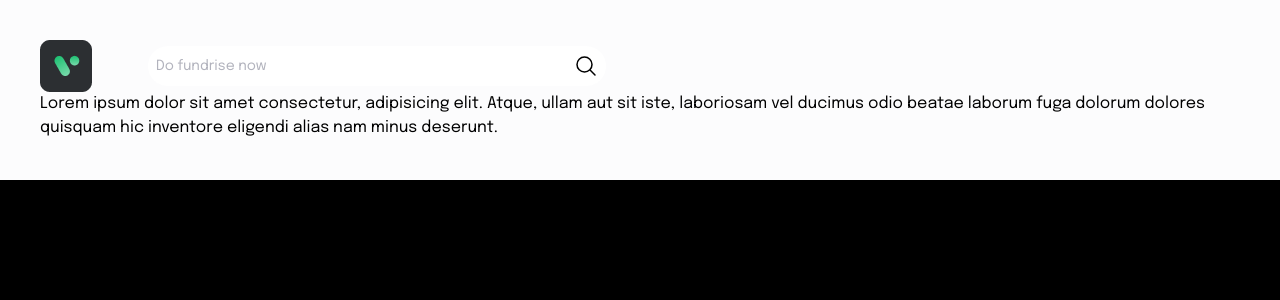
Repository: Kaymileee/crownFunding-Project
Page: /
An editor plug-in stored every save of this project. The page is shown before and after the next save, followed by the edit.
The browser window is 1280 px wide. The pictures show the whole page.
The project was rebuilt for these pictures with package versions that can differ from the ones it lists, and the page was loaded fresh each time. Imported but missing from the stored project, and not drawn on this page: src/components/common/FormGroup, src/components/input/Input.

Above is the page before, as saved 2023-02-03 17:32:52.

### public/index.html
<!DOCTYPE html>
<html lang="en">
  <head>
    <meta charset="utf-8" />
    <link rel="icon" href="%PUBLIC_URL%/favicon.ico" />
    <meta name="viewport" content="width=device-width, initial-scale=1" />
    <meta name="theme-color" content="#000000" />
    <meta
      name="description"
      content="Web site created using create-react-app"
    />
    <link rel="apple-touch-icon" href="%PUBLIC_URL%/logo192.png" />
    <!--
      manifest.json provides metadata used when your web app is installed on a
      user's mobile device or desktop. See https://developers.google.com/web/fundamentals/web-app-manifest/
    -->
    <link rel="manifest" href="%PUBLIC_URL%/manifest.json" />
    <!--
      Notice the use of %PUBLIC_URL% in the tags above.
      It will be replaced with the URL of the `public` folder during the build.
      Only files inside the `public` folder can be referenced from the HTML.

      Unlike "/favicon.ico" or "favicon.ico", "%PUBLIC_URL%/favicon.ico" will
      work correctly both with client-side routing and a non-root public URL.
      Learn how to configure a non-root public URL by running `npm run build`.
    -->
    <link rel="preconnect" href="https://fonts.googleapis.com" />
    <link rel="preconnect" href="https://fonts.gstatic.com" crossorigin />
    <link
      href="https://fonts.googleapis.com/css2?family=Epilogue:wght@400;500;600;700&display=swap"
      rel="stylesheet"
    />
    <title>Crowfunding App</title>
  </head>
  <body>
    <noscript>You need to enable JavaScript to run this app.</noscript>
    <div id="root"></div>
    <!--
      This HTML file is a template.
      If you open it directly in the browser, you will see an empty page.

      You can add webfonts, meta tags, or analytics to this file.
      The build step will place the bundled scripts into the <body> tag.

      To begin the development, run `npm start` or `yarn start`.
      To create a production bundle, use `npm run build` or `yarn build`.
    -->
  </body>
</html>

### src/index.js
import React from "react";
import { createRoot } from "react-dom/client";
import App from "./App";
import reportWebVitals from "./reportWebVitals";
import "./index.scss";
import { Provider } from "react-redux";
import { store } from "./store/configureStore";
import { BrowserRouter } from "react-router-dom";
const container = document.getElementById("root");
const root = createRoot(container);

root.render(
  <Provider store={store}>
    <BrowserRouter>
      <App />
    </BrowserRouter>
  </Provider>
);

// If you want to start measuring performance in your app, pass a function
// to log results (for example: reportWebVitals(console.log))
// or send to an analytics endpoint. Learn more: https://bit.ly/CRA-vitals
reportWebVitals();

### src/App.js
import React, { lazy } from "react";
import { Suspense } from "react";
import { Route, Routes } from "react-router-dom";
const SignUpPage = lazy(() => import("./pages/SignUpPage.js"));
const SignInPage = lazy(() => import("./pages/SignInPage"));
const DashboardPage = lazy(() => import("./pages/DashboardPage"));

function App() {
  return (
    <Suspense>
      <Routes>
        <Route path="/sign-up" element={<SignUpPage></SignUpPage>}></Route>
        <Route path="/" element={<DashboardPage></DashboardPage>}></Route>

        <Route path="/sign-in" element={<SignInPage></SignInPage>}></Route>
      </Routes>
    </Suspense>
  );
}

export default App;

### src/index.scss
@tailwind base;
@tailwind components;
@tailwind utilities;
@layer base {
  body {
    @apply text-base font-primary font-normal;
    background: #000;
  }
  input {
    @apply outline-none;
  }
}
input:focus + .error-input {
  display: none;
}

### src/store/configureStore.js
import { configureStore } from "@reduxjs/toolkit";
import createSagaMiddleware from "@redux-saga/core";
import logger from "redux-logger";
const sagaMiddleware = createSagaMiddleware();

export const store = configureStore({
  reducer: {},
  middleware: (gDM) => gDM().concat(logger, sagaMiddleware),
});
// sagaMiddleware.run(rootSaga);

### src/pages/DashboardPage.js
import React from "react";
import LayoutDashboard from "../layouts/LayoutDashboard";

const DashboardPage = () => {
  return (
    <LayoutDashboard>
      <div>
        Lorem ipsum dolor sit amet consectetur, adipisicing elit. Atque, ullam
        aut sit iste, laboriosam vel ducimus odio beatae laborum fuga dolorum
        dolores quisquam hic inventore eligendi alias nam minus deserunt.
      </div>
    </LayoutDashboard>
  );
};

export default DashboardPage;

### src/layouts/LayoutDashboard.js
import React from "react";
import DashboardSideBar from "../module/dashboard/DashboardSideBar";
import DashboardTopBar from "../module/dashboard/DashboardTopBar";

const LayoutDashboard = ({ children }) => {
  return (
    <div className="p-10 bg-liteBg max-w-[1440px] mx-auto">
      <DashboardTopBar></DashboardTopBar>
      <div>
        <DashboardSideBar></DashboardSideBar>
        <div>{children}</div>
      </div>
    </div>
  );
};

export default LayoutDashboard;

### src/module/dashboard/DashboardSideBar.js
import React from "react";

const DashboardSideBar = () => {
  return <div></div>;
};

export default DashboardSideBar;

### src/module/dashboard/DashboardTopBar.js
import React from "react";
import DashboardSearch from "./DashboardSearch";

const DashboardTopBar = () => {
  return (
    <div className="flex items-center gap-x-14">
      <img src="./logo.png" alt="" />
      <DashboardSearch></DashboardSearch>
    </div>
  );
};

export default DashboardTopBar;

### src/module/dashboard/DashboardSearch.js
import React from "react";

const DashboardSearch = () => {
  return (
    <div className="max-w-[458px] p-2 bg-white shadow-[10px_10px_20px_rgba(218, 213, 213, 0.15)] w-full rounded-full flex items-center">
      <div className="flex-1">
        <input
          type="text"
          placeholder="Do fundrise now"
          className="w-full text-sm font-normal bg-transparent placeholder:text-text4 text-text1"
        />
      </div>
      <button>
        <svg
          xmlns="http://www.w3.org/2000/svg"
          fill="none"
          viewBox="0 0 24 24"
          strokeWidth="1.5"
          stroke="currentColor"
          className="w-6 h-6"
        >
          <path
            strokeLinecap="round"
            strokeLinejoin="round"
            d="M21 21l-5.197-5.197m0 0A7.5 7.5 0 105.196 5.196a7.5 7.5 0 0010.607 10.607z"
          />
        </svg>
      </button>
    </div>
  );
};

export default DashboardSearch;

### tailwind.config.js
module.exports = {
  darkMode: "class",
  content: ["./src/**/*.{js,jsx,ts,tsx}"],
  theme: {
    extend: {
      fontFamily: {
        primary: ["Epilogue", "sans-serif;"],
      },
      colors: {
        primary: "#1DC071",
        secondary: "#6F49FD",
        text1: "#171725",
        text2: "#4B5264",
        text3: "#808191",
        text4: "#B2B3BD",

        iconColor: "#A2A2A8",
        white: "#FFFFFF",
        whiteSoft: "#FCFBFF",
        graySoft: "#FCFCFC",
        strockColor: "#F1F1F3",
        liteBg: "#FCFCFD",
        error: "#EB5757",

        darkBG: "#3A3A43",
        darkSecondary: "#1C1C24",
        softDark: "#22222C",
        darkSoft: "#24242C",
        darkStroke: "#3A3A43",
        darkRed: "#422C32",
      },
    },
  },
  plugins: [],
};

Loaded but not shown: src/reportWebVitals.js (common file)

After the next save:
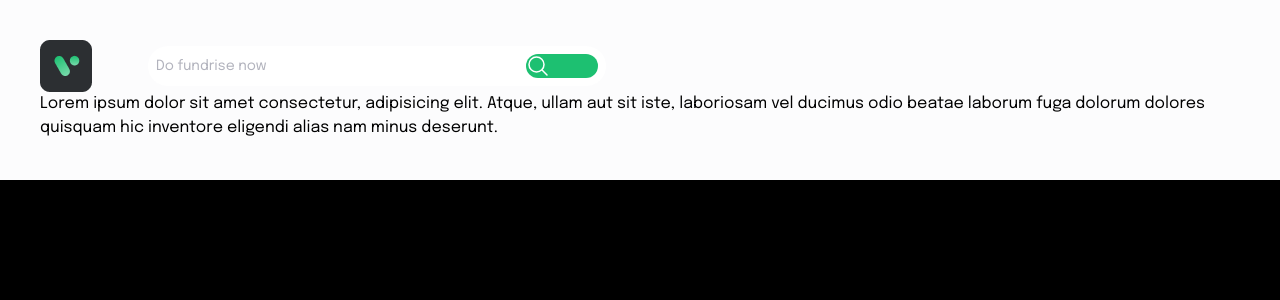
Saved 55 s later.
--- a/src/module/dashboard/DashboardSearch.js
+++ b/src/module/dashboard/DashboardSearch.js
@@ -10,7 +10,7 @@ const DashboardSearch = () => {
           className="w-full text-sm font-normal bg-transparent placeholder:text-text4 text-text1"
         />
       </div>
-      <button>
+      <button className="max-w-[72px] bg-primary text-white rounded-full w-full">
         <svg
           xmlns="http://www.w3.org/2000/svg"
           fill="none"
